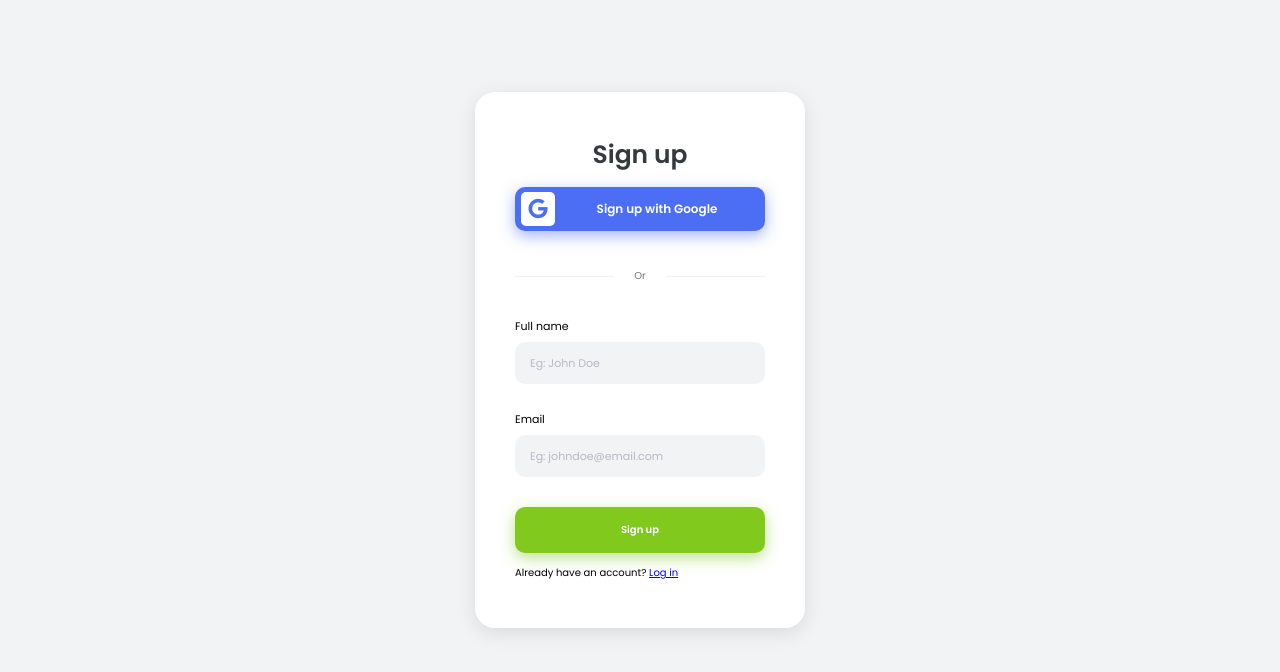
Repository: TranMinhMan040702/practice_html-css
Page: form-login/index.html
These files come from the project's save history. The page is drawn as it stood at one moment and after the next save; the edit follows.
The browser window is 1280 px wide. The pictures show the whole page.
Some web libraries are served in a nearby version.

Above is the page before, as saved 2022-08-24 13:46:44.

### form-login/index.html
<!DOCTYPE html>
<html lang="en">
<head>
    <meta charset="UTF-8">
    <meta http-equiv="X-UA-Compatible" content="IE=edge">
    <meta name="viewport" content="width=device-width, initial-scale=1.0">
    <link href="https://fonts.googleapis.com/css2?family=Poppins:wght@300;400;600&display=swap" rel="stylesheet">
    <link rel="stylesheet" href="https://cdnjs.cloudflare.com/ajax/libs/font-awesome/6.1.2/css/all.min.css" integrity="sha512-1sCRPdkRXhBV2PBLUdRb4tMg1w2YPf37qatUFeS7zlBy7jJI8Lf4VHwWfZZfpXtYSLy85pkm9GaYVYMfw5BC1A==" crossorigin="anonymous" referrerpolicy="no-referrer" />
    <title>Sign up</title>
    <link rel="stylesheet" href="reset.css">
    <link rel="stylesheet" href="main.css">
</head>
<body>
    <div class="singup">
        <div class="signup-heading">
            <h1>Sign up</h1>
        </div>
        <button class="signup-social">
            <i class="fa-brands fa-google signup-social-icon"></i>
            <span class="signup-social-text">
                Sign up with Google
            </span>
        </button>

        <div class="signup-or">
            <span>Or</span>
        </div>

        <form action="" class="signup-form">
            <label for="fullname"  class="signup-label">Full name</label>
            <input type="text" placeholder="Eg: John Doe" name="fullname" id="fullname" class="signup-input">
            <label for="email"  class="signup-label">Email</label>
            <input type="text" placeholder="Eg: johndoe@email.com" name="email" id="email" class="signup-input">
        </form>

        <button class="signup-submit">
            <span>Sign up</span>
        </button>

        <div class="signup-already">
            <span>Already have an account?</span>
            <a href="#" class="signup-link-login">Log in</a>
        </div>

    </div>
</body>
</html>

### form-login/reset.css
html,
body,
div,
span,
applet,
object,
iframe,
h1,
h2,
h3,
h4,
h5,
h6,
p,
blockquote,
pre,
a,
abbr,
acronym,
address,
big,
cite,
code,
del,
dfn,
em,
img,
ins,
kbd,
q,
s,
samp,
small,
strike,
strong,
sub,
sup,
tt,
var,
b,
u,
i,
center,
dl,
dt,
dd,
ol,
ul,
li,
fieldset,
form,
label,
legend,
table,
caption,
tbody,
tfoot,
thead,
tr,
th,
td,
article,
aside,
canvas,
details,
embed,
figure,
figcaption,
footer,
header,
hgroup,
menu,
nav,
output,
ruby,
section,
summary,
time,
mark,
audio,
video {
  margin: 0;
  padding: 0;
  border: 0;
  font-size: 100%;
  font: inherit;
  vertical-align: baseline;
}
/* HTML5 display-role reset for older browsers */
article,
aside,
details,
figcaption,
figure,
footer,
header,
hgroup,
menu,
nav,
section {
  display: block;
}
body {
  line-height: 1;
}
ol,
ul {
  list-style: none;
}
blockquote,
q {
  quotes: none;
}
blockquote:before,
blockquote:after,
q:before,
q:after {
  content: "";
  content: none;
}
table {
  border-collapse: collapse;
  border-spacing: 0;
}

### form-login/main.css
html {
    font-size: 62.5%;
    font-family: "Poppins", sans-serif;
}

* {
    box-sizing: border-box;
}

body {
    width: 100%;
    height: 100vh;
    background-color: #f2f3f5;
    display: flex;
    justify-content: center;
    align-items: center;
}

.singup {
    max-width: 330px;
    width: 100%;
    min-height: 490px;
    background-color: #fff;
    padding: 50px 40px;
    border-radius: 20px;
    box-shadow: 0px 5px 20px rgba(0, 0, 0, 0.1);
}

.signup-heading {
    font-size: 2.5rem;
    font-weight: 600;
    color: #363a3f;
    text-align: center;
    margin-bottom: 20px;
}

.signup-social {
    padding: 6px;
    font-family: "Poppins", sans-serif;
    font-size: 1.2rem;
    font-weight: 600;
    color: #fff;
    width: 100%;
    height: 44px;
    border-radius: 10px;
    background-color: #4c6ef4;
    display: inline-block;
    border: none;
    box-shadow: 0px 5px 15px rgba(76, 110, 244, 0.5);
    cursor: pointer;
    display: flex;
    align-items: center;
}

.signup-social-icon {
    width: 34px;
    height: 34px;
    font-size: 2rem;
    background: #fff;
    border-radius: 5px;
    color: #4c6ef4;
    display: flex;
    justify-content: center;
    align-items: center;
}

.signup-social-text {
    display: inline-block;
    margin: 0 auto;
}

.signup-or {
    font-size: 1rem;
    color: #73777a;
    text-align: center;
    position: relative;
    margin: 30px 0;
}

.signup-or span {
    display: inline-block;
    padding: 10px 20px;
    background: #fff;
    z-index: 2;
    position: relative;
}

.signup-or::after {
    content: "";
    position: absolute;
    width: 100%;
    height: 0.1px;
    background-color: #73777a;
    opacity: 0.1;
    top: 50%;
    left: 0;
    transform: translateY(-50%);
}

.signup-label {
    display: block;
    font-size: 1.1rem;
    font-weight: 400;
    margin-bottom: 10px;
}

.signup-input {
    width: 100%;
    height: 42px;
    padding: 15px;
    font-family: "Poppins", sans-serif;
    font-size: 1.1rem;
    border: none;
    border-radius: 10px;
    background-color: #f2f3f5;
    margin-bottom: 30px;
}

.signup-input::-webkit-input-placeholder {
    color: #b4bac0;
    font-weight: 500;
}


.signup-submit {
    width: 100%;
    padding: 15px;
    font-family: "Poppins", sans-serif;
    font-size: 1rem;
    font-weight: 600;
    border: none;
    border-radius: 10px;
    background-color: #81c91d;
    color: #fff;
    box-shadow: 0px 5px 15px rgba(129,201,29, 0.5);
    margin-bottom: 15px;
}

After the next save:
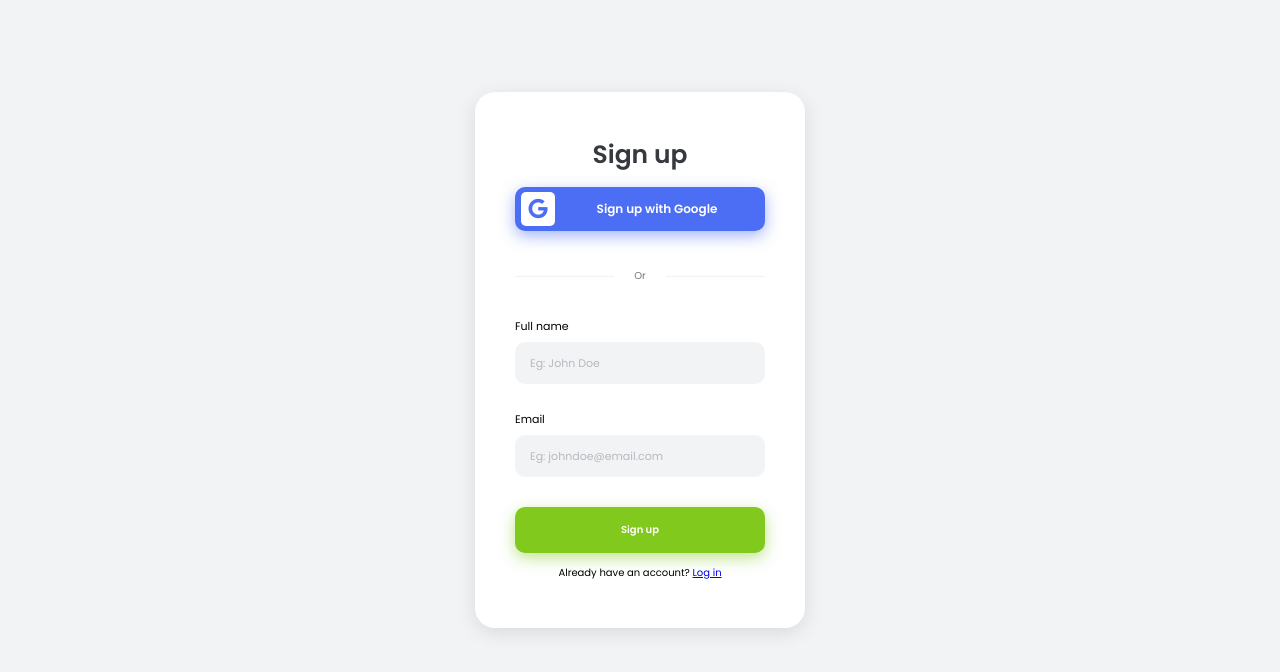
Saved 21 s later.
--- a/form-login/main.css
+++ b/form-login/main.css
@@ -135,3 +135,7 @@ body {
     box-shadow: 0px 5px 15px rgba(129,201,29, 0.5);
     margin-bottom: 15px;
 }
+
+.signup-already {
+    text-align: center;
+}
